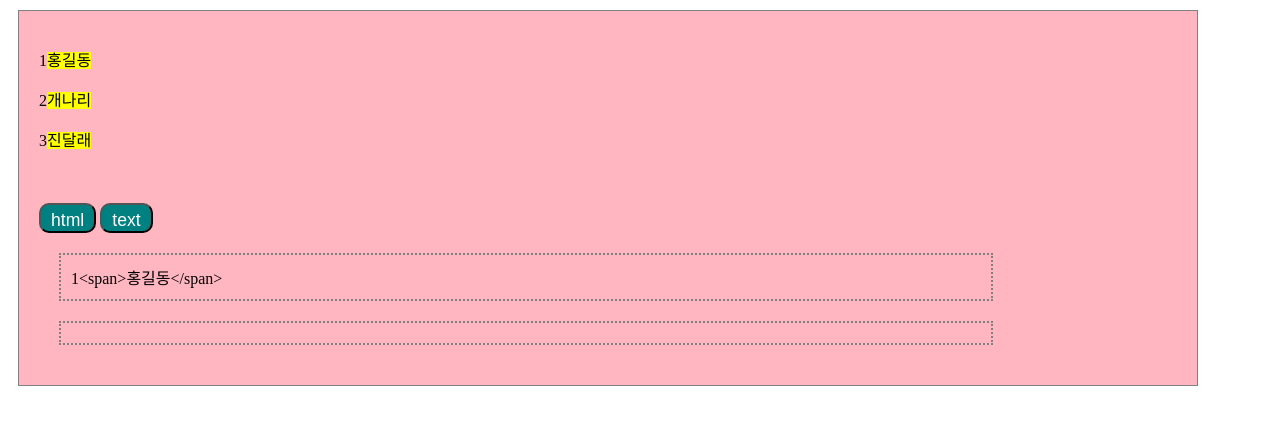
Repository: jeje0130/html
Page: jqpro/WebContent/0125/html_text메서드.html
These files come from the project's save history. The page is drawn as it stood at one moment and after the next save; the edit follows.
The browser window is 1280 px wide. The pictures show the whole page.
After loading, the first visible `input` was clicked once.

Above is the page before, as saved 2021-01-25 00:27:39.

### jqpro/WebContent/0125/html_text메서드.html
<!DOCTYPE html>
<html>
<head>
<meta charset="UTF-8">
<title>Insert title here</title>
<link rel = "stylesheet" href = "../css/public.css">
<script src="../js/jquery-3.5.1.min.js"></script>
<script>
$(function() {
	//버튼 클릭하면 - p태그 내용 가져오기
	$('input[value=html]').on('click', function() {
		a = $('p').html();

		//alert(a);
		//$('#result1').html(a); -span 태그 모양 실행된 그대로 가져옴
		$('#result1').text(a); //span 태그 글자가 찍힌다
	})

	$('input[value=text]').on('click', function() {
		a = $('p').text();

		//alert(a);
		$('#result2').html(a); //가져온 자료가 이미  text 자료

	})
})
</script>
<style>
span{
	background: yellow;
}
</style>
</head>
<body>

<div class="box">
	<p>1<span>홍길동</span></p>
    <p>2<span>개나리</span></p>
    <p>3<span>진달래</span></p>
 <br><br>

<input type="button" value="html">
<input type="button" value="text">

<div id="result1"></div>
<div id="result2"></div>
</div>
</body>
</html>

### jqpro/WebContent/css/public.css
@charset "utf-8";

pre {
	background-color : #FFE3EE;
	font-size : 1.2em;
	white-space: pre-wrap; /* 우측 여백 고정, 넘치는 글자 줄바꿈 */

	/*
	pre : 공백은 그대로, 줄바꿈 X
	pre-wrap : 공백은 그대로, 줄바꿈 O
	pre-line : 공백을 여러개줘도 하나만 표시, 줄바꿈 O
	nowrap : 공백을 여러개줘도 하나만 표시, 줄바꿈 X
	 */
}

div.box{
	width : 90%;
	height: auto;
	margin: 10px;
	padding: 20px;
	border: 1px solid gray;
	background: #FFB6C1;
}

.box input[type = button]{
	width: auto;
	height: 30px;
	background: #008080;
	color : white;
	padding: 5px 10px;
	border-radius : 10px;
	font-size: 1.1em;
}

.box div{
	width : 80%;
	height: auto;
	padding: 10px;
	border: 2px dotted gray;
	margin: 20px;
}

Loaded but not shown: jqpro/WebContent/js/jquery-3.5.1.min.js (library)

After the next save:
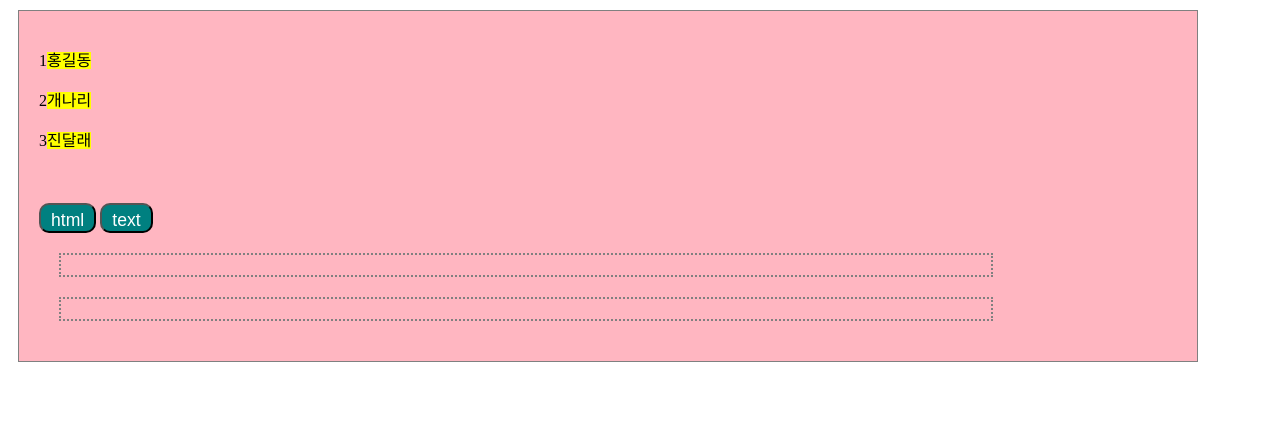
Console error (its wording comes from the project's code and is left out).
Saved 7 min 45 s later.
--- a/jqpro/WebContent/0125/html_text메서드.html
+++ b/jqpro/WebContent/0125/html_text메서드.html
@@ -9,11 +9,22 @@
 $(function() {
 	//버튼 클릭하면 - p태그 내용 가져오기
 	$('input[value=html]').on('click', function() {
-		a = $('p').html();
+		/*------------------------------------------
+		a = $('p').html(); // 첫번째꺼 1개만 가져온다
 
-		//alert(a);
-		//$('#result1').html(a); -span 태그 모양 실행된 그대로 가져옴
+			alert(a);
+
+		$('#result1').html(a); -span 태그 모양 실행된 그대로 가져옴
 		$('#result1').text(a); //span 태그 글자가 찍힌다
+		------------------------------------------------*/
+
+		//p태그 내용 모두 가져오기 - 반복문
+		res = "";
+		$.each(('p'),function(i) {
+			res += $(p[i]).html() + "\n";
+		})
+		alert(res);
+
 	})
 
 	$('input[value=text]').on('click', function() {

After the 5 saves that followed:
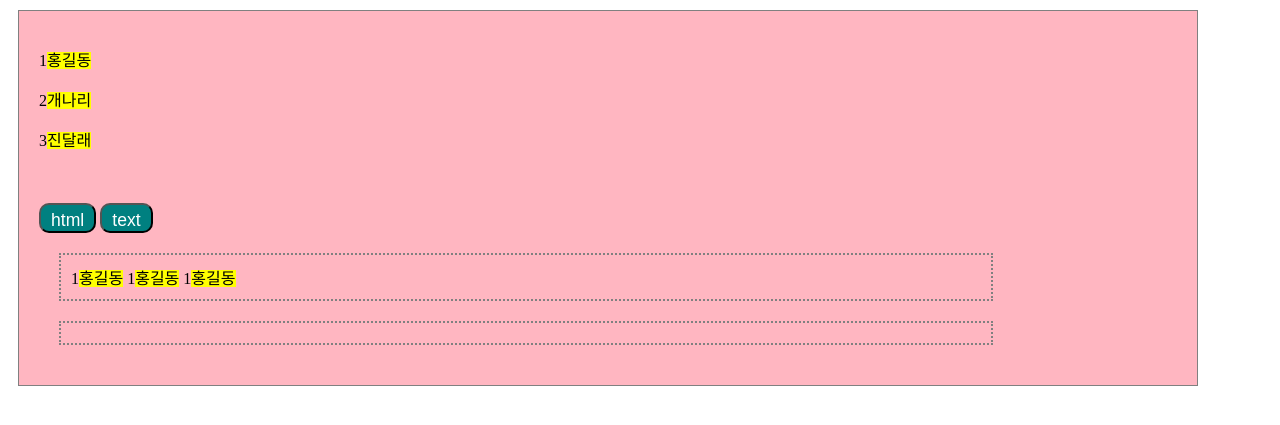
The error is gone.
The 5 saves are shown as one change because 4 left the picture as it was.
The last was saved 8 min 27 s later.
--- a/jqpro/WebContent/0125/html_text메서드.html
+++ b/jqpro/WebContent/0125/html_text메서드.html
@@ -20,11 +20,11 @@
 
 		//p태그 내용 모두 가져오기 - 반복문
 		res = "";
-		$.each(('p'),function(i) {
-			res += $(p[i]).html() + "\n";
+		$.each($('p'),function(i) {
+			res += $('p').html() + "\n";
 		})
-		alert(res);
-
+		//alert(res);
+		$('#result1').html(res);
 	})
 
 	$('input[value=text]').on('click', function() {
